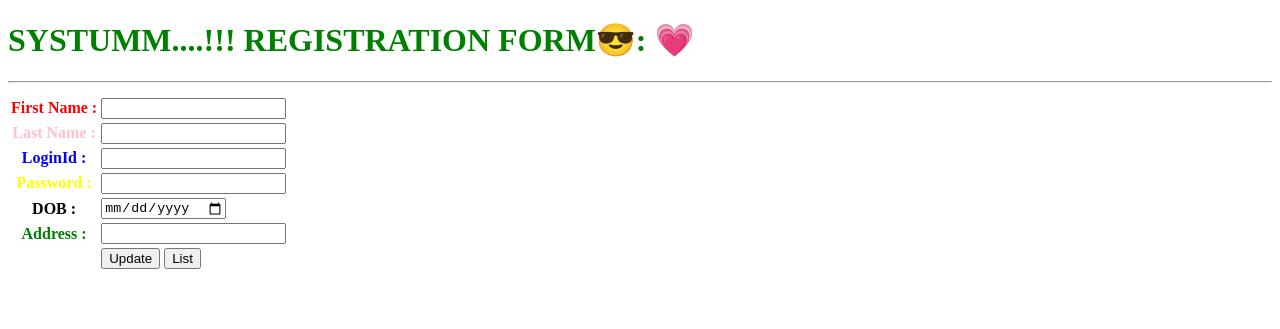
Repository: Jatdevta/AdvanceJava
Page: http://localhost/DynamicProject/UpdateUser.jsp
An editor plug-in stored every save of this project. The page is shown before and after the next save, followed by the edit.
The browser window is 1280 px wide. The pictures show the whole page.
The page is served by Tomcat 9.

Above is the page before, as saved 2023-08-21 09:33:57.

After the next save:
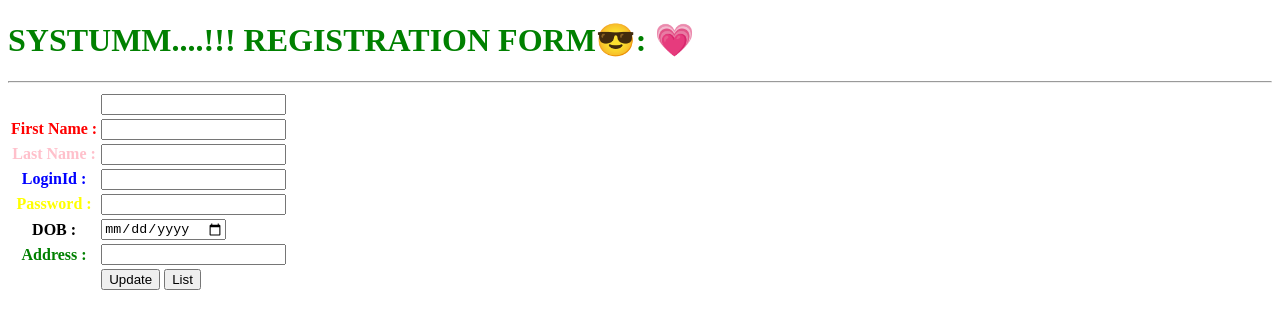
Saved 117 s later.
--- a/Advancejava/DynamicProject/WebContent/UpdateUser.jsp
+++ b/Advancejava/DynamicProject/WebContent/UpdateUser.jsp
@@ -13,7 +13,7 @@
 
 			<tr>
 				<th></th>
-				<td><input type="hidden" name="id"></td>
+				<td><input type="text" name="id"></td>
 			</tr>
 
 			<tr>
